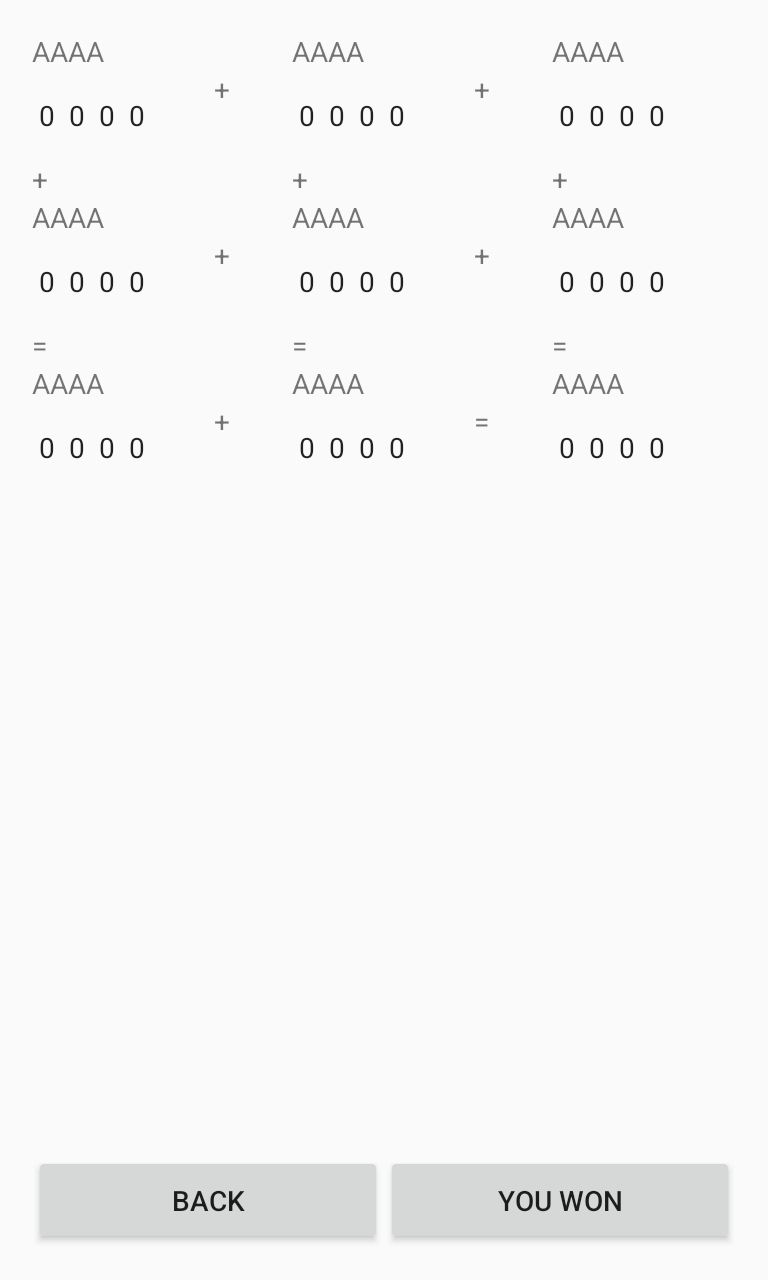
Repository: jelleswester/Breinbreker
Layout: Breinbreker/res/layout/activity_game_play.xml
The author's editor kept a copy of each file at every save. The layout is drawn from the files as they stood at one save, then again after the next save.
It is drawn on a 768 x 1280 px phone screen (xhdpi) without system bars, with theme AppTheme; the app's code is not run.

Above is the layout before, as saved 2015-01-22 20:33:22.

### Breinbreker/res/layout/activity_game_play.xml
<RelativeLayout xmlns:android="http://schemas.android.com/apk/res/android"
    xmlns:tools="http://schemas.android.com/tools"
    android:layout_width="match_parent"
    android:layout_height="match_parent"
    android:paddingBottom="@dimen/activity_vertical_margin"
    android:paddingLeft="@dimen/activity_horizontal_margin"
    android:paddingRight="@dimen/activity_horizontal_margin"
    android:paddingTop="@dimen/activity_vertical_margin"
    tools:context="nl.mprog.jelleswester.breinbreker.GamePlayActivity" >

    <TableLayout
        android:layout_width="fill_parent"
        android:layout_height="wrap_content"
        android:stretchColumns="*" >

	    <TableRow>
	        <TextView
	            android:id="@+id/textView0"
	            android:text="@string/characters"
	            android:layout_width="fill_parent" />
	        <TextView
	            android:text=""
	            android:layout_width="fill_parent" />
	        <TextView
	            android:id="@+id/textView1"
	            android:text="@string/characters"
	            android:layout_width="fill_parent" />
	        <TextView
	            android:text=""
	            android:layout_width="fill_parent" />

	        <TextView
	            android:id="@+id/textView2"
	            android:layout_width="fill_parent"
	            android:text="@string/characters" />

	    </TableRow>

	    <TableRow>

	       <LinearLayout
	            android:layout_width="fill_parent"
        		android:layout_height="wrap_content"
        		android:orientation="horizontal">

	            <NumberPicker
			        android:id="@+id/numberPicker0_0"
			        android:layout_width="30px"
			        android:layout_height="90px" />
	            <NumberPicker
			        android:id="@+id/numberPicker0_1"
			        android:layout_width="30px"
			        android:layout_height="90px" />
	            <NumberPicker
			        android:id="@+id/numberPicker0_2"
			        android:layout_width="30px"
			        android:layout_height="90px" />
	            <NumberPicker
			        android:id="@+id/numberPicker0_3"
			        android:layout_width="30px"
			        android:layout_height="90px" />
        	</LinearLayout>

	        <TextView
	            android:id="@+id/symbolView0"
	            android:text="@string/symbol"
	            android:layout_width="fill_parent" />
	        <LinearLayout
	            android:layout_width="fill_parent"
        		android:layout_height="wrap_content"
        		android:orientation="horizontal">

	            <NumberPicker
			        android:id="@+id/numberPicker1_0"
			        android:layout_width="30px"
			        android:layout_height="90px" />
	            <NumberPicker
			        android:id="@+id/numberPicker1_1"
			        android:layout_width="30px"
			        android:layout_height="90px" />
	            <NumberPicker
			        android:id="@+id/numberPicker1_2"
			        android:layout_width="30px"
			        android:layout_height="90px" />
	            <NumberPicker
			        android:id="@+id/numberPicker1_3"
			        android:layout_width="30px"
			        android:layout_height="90px" />
        	</LinearLayout>
	        <TextView
	            android:id="@+id/symbolView1"
	            android:text="@string/symbol"
	            android:layout_width="fill_parent" />
	        <LinearLayout
	            android:layout_width="fill_parent"
        		android:layout_height="wrap_content"
        		android:orientation="horizontal">

	            <NumberPicker
			        android:id="@+id/numberPicker2_0"
			        android:layout_width="30px"
			        android:layout_height="90px" />
	            <NumberPicker
			        android:id="@+id/numberPicker2_1"
			        android:layout_width="30px"
			        android:layout_height="90px" />
	            <NumberPicker
			        android:id="@+id/numberPicker2_2"
			        android:layout_width="30px"
			        android:layout_height="90px" />
	            <NumberPicker
			        android:id="@+id/numberPicker2_3"
			        android:layout_width="30px"
			        android:layout_height="90px" />
        	</LinearLayout>

	    </TableRow>

	    <TableRow>
	        <TextView
	            android:id="@+id/symbolView2"
	            android:text="@string/symbol"
	            android:layout_width="fill_parent" />
	        <TextView
	            android:text=""
	            android:layout_width="fill_parent" />
	        <TextView
	            android:id="@+id/symbolView3"
	            android:text="@string/symbol"
	            android:layout_width="fill_parent" />
	        <TextView
	            android:text=""
	            android:layout_width="fill_parent" />
	        <TextView
	            android:id="@+id/symbolView4"
	            android:text="@string/symbol"
	            android:layout_width="fill_parent" />

	    </TableRow>

	    <TableRow>
	        <TextView
	            android:id="@+id/textView3"
	            android:text="@string/characters"
	            android:layout_width="fill_parent" />
	        <TextView
	            android:text=""
	            android:layout_width="fill_parent" />
	        <TextView
	            android:id="@+id/textView4"
	            android:text="@string/characters"
	            android:layout_width="fill_parent" />
	        <TextView
	            android:text=""
	            android:layout_width="fill_parent" />
	        <TextView
	            android:id="@+id/textView5"
	            android:text="@string/characters"
	            android:layout_width="fill_parent" />

	    </TableRow>

	    <TableRow>
	        <LinearLayout
	            android:layout_width="fill_parent"
        		android:layout_height="wrap_content"
        		android:orientation="horizontal">

	            <NumberPicker
			        android:id="@+id/numberPicker3_0"
			        android:layout_width="30px"
			        android:layout_height="90px" />
	            <NumberPicker
			        android:id="@+id/numberPicker3_1"
			        android:layout_width="30px"
			        android:layout_height="90px" />
	            <NumberPicker
			        android:id="@+id/numberPicker3_2"
			        android:layout_width="30px"
			        android:layout_height="90px" />
	            <NumberPicker
			        android:id="@+id/numberPicker3_3"
			        android:layout_width="30px"
			        android:layout_height="90px" />
        	</LinearLayout>
	        <TextView
	            android:id="@+id/symbolView5"
	            android:text="@string/symbol"
	            android:layout_width="fill_parent" />
	        <LinearLayout
	            android:layout_width="fill_parent"
        		android:layout_height="wrap_content"
        		android:orientation="horizontal">

	            <NumberPicker
			        android:id="@+id/numberPicker4_0"
			        android:layout_width="30px"
			        android:layout_height="90px" />
	            <NumberPicker
			        android:id="@+id/numberPicker4_1"
			        android:layout_width="30px"
			        android:layout_height="90px" />
	            <NumberPicker
			        android:id="@+id/numberPicker4_2"
			        android:layout_width="30px"
			        android:layout_height="90px" />
	            <NumberPicker
			        android:id="@+id/numberPicker4_3"
			        android:layout_width="30px"
			        android:layout_height="90px" />
        	</LinearLayout>
	        <TextView
	            android:id="@+id/symbolView6"
	            android:text="@string/symbol"
	            android:layout_width="fill_parent" />
	        <LinearLayout
	            android:layout_width="fill_parent"
        		android:layout_height="wrap_content"
        		android:orientation="horizontal">

	            <NumberPicker
			        android:id="@+id/numberPicker5_0"
			        android:layout_width="30px"
			        android:layout_height="90px" />
	            <NumberPicker
			        android:id="@+id/numberPicker5_1"
			        android:layout_width="30px"
			        android:layout_height="90px" />
	            <NumberPicker
			        android:id="@+id/numberPicker5_2"
			        android:layout_width="30px"
			        android:layout_height="90px" />
	            <NumberPicker
			        android:id="@+id/numberPicker5_3"
			        android:layout_width="30px"
			        android:layout_height="90px" />
        	</LinearLayout>

	    </TableRow>

	    <TableRow>
	        <TextView
	            android:id="@+id/symbolView7"
	            android:text="@string/symbol_equal"
	            android:layout_width="fill_parent" />
	        <TextView
	            android:text=""
	            android:layout_width="fill_parent" />
	        <TextView
	            android:id="@+id/symbolView8"
	            android:text="@string/symbol_equal"
	            android:layout_width="fill_parent" />
	        <TextView
	            android:text=""
	            android:layout_width="fill_parent" />
	        <TextView
	            android:id="@+id/symbolView9"
	            android:text="@string/symbol_equal"
	            android:layout_width="fill_parent" />

	    </TableRow>

	    <TableRow>
	        <TextView
	            android:id="@+id/textView6"
	            android:text="@string/characters"
	            android:layout_width="fill_parent" />
	        <TextView
	            android:text=""
	            android:layout_width="fill_parent" />
	        <TextView
	            android:id="@+id/textView7"
	            android:text="@string/characters"
	            android:layout_width="fill_parent" />
	        <TextView
	            android:text=""
	            android:layout_width="fill_parent" />
	        <TextView
	            android:id="@+id/textView8"
	            android:text="@string/characters"
	            android:layout_width="fill_parent" />

	    </TableRow>

	    <TableRow>
	        <LinearLayout
	            android:layout_width="fill_parent"
        		android:layout_height="wrap_content"
        		android:orientation="horizontal">

	            <NumberPicker
			        android:id="@+id/numberPicker6_0"
			        android:layout_width="30px"
			        android:layout_height="90px" />
	            <NumberPicker
			        android:id="@+id/numberPicker6_1"
			        android:layout_width="30px"
			        android:layout_height="90px" />
	            <NumberPicker
			        android:id="@+id/numberPicker6_2"
			        android:layout_width="30px"
			        android:layout_height="90px" />
	            <NumberPicker
			        android:id="@+id/numberPicker6_3"
			        android:layout_width="30px"
			        android:layout_height="90px" />
        	</LinearLayout>
	        <TextView
	            android:id="@+id/symbolView10"
	            android:text="@string/symbol"
	            android:layout_width="fill_parent" />
	        <LinearLayout
	            android:layout_width="fill_parent"
        		android:layout_height="wrap_content"
        		android:orientation="horizontal">

	            <NumberPicker
			        android:id="@+id/numberPicker7_0"
			        android:layout_width="30px"
			        android:layout_height="90px" />
	            <NumberPicker
			        android:id="@+id/numberPicker7_1"
			        android:layout_width="30px"
			        android:layout_height="90px" />
	            <NumberPicker
			        android:id="@+id/numberPicker7_2"
			        android:layout_width="30px"
			        android:layout_height="90px" />
	            <NumberPicker
			        android:id="@+id/numberPicker7_3"
			        android:layout_width="30px"
			        android:layout_height="90px" />
        	</LinearLayout>
	        <TextView
	            android:id="@+id/symbolView11"
	            android:text="@string/symbol_equal"
	            android:layout_width="fill_parent" />
	        <LinearLayout
	            android:layout_width="fill_parent"
        		android:layout_height="wrap_content"
        		android:orientation="horizontal">

	            <NumberPicker
			        android:id="@+id/numberPicker8_0"
			        android:layout_width="30px"
			        android:layout_height="90px" />
	            <NumberPicker
			        android:id="@+id/numberPicker8_1"
			        android:layout_width="30px"
			        android:layout_height="90px" />
	            <NumberPicker
			        android:id="@+id/numberPicker8_2"
			        android:layout_width="30px"
			        android:layout_height="90px" />
	            <NumberPicker
			        android:id="@+id/numberPicker8_3"
			        android:layout_width="30px"
			        android:layout_height="90px" />
        	</LinearLayout>

	    </TableRow>

	</TableLayout>

    <LinearLayout
        android:layout_width="fill_parent"
        android:layout_height="wrap_content"
        android:layout_alignParentBottom="true"
        android:layout_centerHorizontal="true" >

		<Button
		    android:id="@+id/backButton"
		    android:layout_width="fill_parent"
		    android:layout_height="wrap_content"
		    android:layout_weight="1"
		    android:text="@string/back"
		    android:onClick="backButton" />

		<Button
		    android:id="@+id/youWonButton"
		    android:layout_width="fill_parent"
		    android:layout_height="wrap_content"
		    android:layout_weight="1"
		    android:text="@string/you_won"
		    android:onClick="youWonButton" />

    </LinearLayout>

</RelativeLayout>

### Breinbreker/res/values/strings.xml
<?xml version="1.0" encoding="utf-8"?>
<resources>

    <string name="app_name">Breinbreker</string>
    <string name="hello_world">Hello world!</string>
    <string name="action_settings">Settings</string>
    <string name="title_activity_game_play">GamePlay</string>
    <string name="title_activity_high_score">HighScore</string>
    <string name="title_activity_you_won">YouWon</string>
    <string name="brein_breker">Breinbreker</string>
    <string name="start_game">START</string>
    <string name="high_score">High Score</string>
    <string name="back">Back</string>
    <string name="confirm">Confirm</string>
    <string name="you_won">You Won</string>
    <string name="congratulations">Congratulations!</string>
    <string name="high_score_entry">Please enter your name for your high score:</string>
    <string name="example_name">Bob</string>
    <string name="example_high_score">1.    Bob               03:59:15</string>
    <string name="characters">AAAA</string>
    <string name="symbol">+</string>
    <string name="symbol_equal">=</string>
    <string name="text">1234</string>
    <string name="continue_game">Continue Game</string>
    <string name="new_game">New Game</string>


</resources>

Loaded but not shown: Breinbreker/res/values/styles.xml (common file); Breinbreker/res/values-v11/styles.xml (common file); Breinbreker/res/values-v14/styles.xml (common file); Breinbreker/res/values/dimens.xml (common file); Breinbreker/res/values-w820dp/dimens.xml (common file)

After the next save:
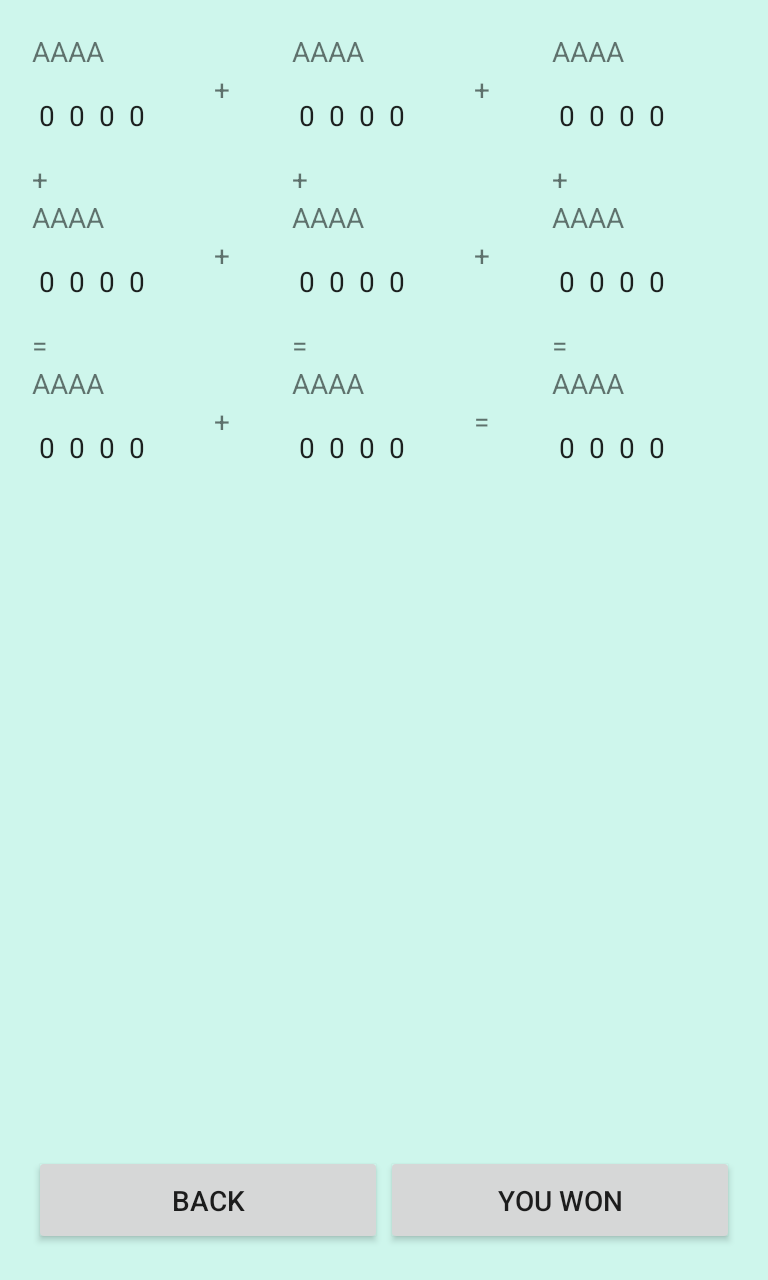
Saved 29 s later.
--- a/Breinbreker/res/layout/activity_game_play.xml
+++ b/Breinbreker/res/layout/activity_game_play.xml
@@ -6,6 +6,7 @@
     android:paddingLeft="@dimen/activity_horizontal_margin"
     android:paddingRight="@dimen/activity_horizontal_margin"
     android:paddingTop="@dimen/activity_vertical_margin"
+    android:background="#CEF6EC"
     tools:context="nl.mprog.jelleswester.breinbreker.GamePlayActivity" >
 
     <TableLayout
